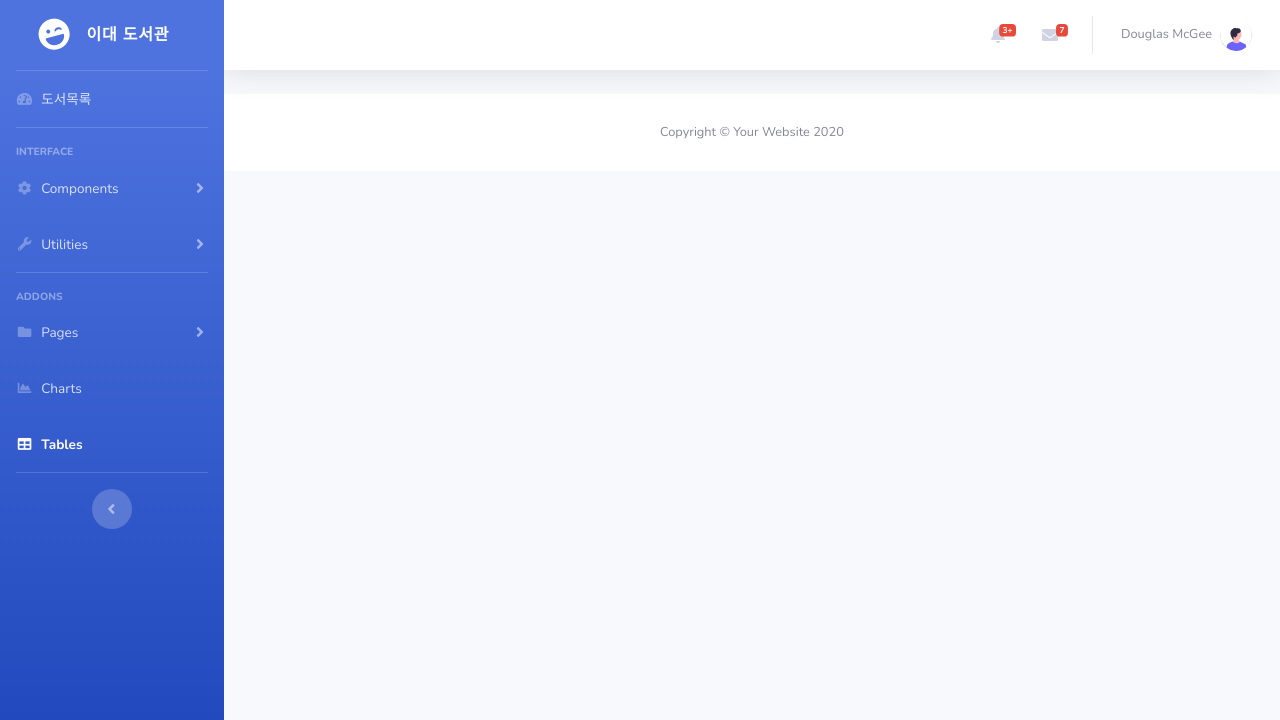
Repository: allely/spring
Page: http://localhost/jsp/book/reg.jsp
These files come from the project's save history. The page is drawn as it stood at one moment and after the next save; the edit follows.
The browser window is 1280 px wide. The pictures show the whole page.
The page is served by Tomcat 9. Other server files are loaded and not shown.

Above is the page before, as saved 2023-11-27 01:29:57.

### 2. 서블릿 & JSP/jsp/jsp/src/main/webapp/book/reg.jsp
<%@ page language="java" contentType="text/html; charset=UTF-8"
    pageEncoding="UTF-8"%>
<!DOCTYPE html>
<html>
<head>
<meta charset="UTF-8">
<title>Insert title here</title>
</head>
<body>
	<!-- 도서 등록 화면 -->
	<%@include file="/header.jsp" %>

	<!-- 메인컨텐츠 영역 -->
		<!-- Begin Page Content -->
		<div class="container-fluid">

		</div>
	<%@include file="/footer.jsp" %>
</body>
</html>

### 2. 서블릿 & JSP/jsp/jsp/src/main/webapp/header.jsp
<%@ page language="java" contentType="text/html; charset=UTF-8"
	pageEncoding="UTF-8"%>
<!DOCTYPE html>
<html>
<head>

<meta charset="utf-8">
<meta http-equiv="X-UA-Compatible" content="IE=edge">
<meta name="viewport"
	content="width=device-width, initial-scale=1, shrink-to-fit=no">
<meta name="description" content="">
<meta name="author" content="">

<title>SB Admin 2 - Tables</title>

<!-- Custom fonts for this template -->
<link href="../vendor/fontawesome-free/css/all.min.css" rel="stylesheet"
	type="text/css">
<link
	href="https://fonts.googleapis.com/css?family=Nunito:200,200i,300,300i,400,400i,600,600i,700,700i,800,800i,900,900i"
	rel="stylesheet">

<!-- Custom styles for this template -->
<link href="/css/sb-admin-2.min.css" rel="stylesheet">

<!-- Custom styles for this page -->
<link href="/vendor/datatables/dataTables.bootstrap4.min.css"
	rel="stylesheet">

</head>

<body id="page-top">

	<!-- Page Wrapper -->
	<div id="wrapper">

		<!-- Sidebar -->
		<ul
			class="navbar-nav bg-gradient-primary sidebar sidebar-dark accordion"
			id="accordionSidebar">

			<!-- Sidebar - Brand -->
			<a
				class="sidebar-brand d-flex align-items-center justify-content-center"
				href="index.html">
				<div class="sidebar-brand-icon rotate-n-15">
					<i class="fas fa-laugh-wink"></i>
				</div>
				<div class="sidebar-brand-text mx-3">
					이대 도서관</sup>
				</div>
			</a>

			<!-- Divider -->
			<hr class="sidebar-divider my-0">

			<!-- Nav Item - Dashboard -->
			<li class="nav-item"><a class="nav-link" href="index.html">
					<i class="fas fa-fw fa-tachometer-alt"></i> <span>도서목록</span>
			</a></li>

			<!-- Divider -->
			<hr class="sidebar-divider">

			<!-- Heading -->
			<div class="sidebar-heading">Interface</div>

			<!-- Nav Item - Pages Collapse Menu -->
			<li class="nav-item"><a class="nav-link collapsed" href="#"
				data-toggle="collapse" data-target="#collapseTwo"
				aria-expanded="true" aria-controls="collapseTwo"> <i
					class="fas fa-fw fa-cog"></i> <span>Components</span>
			</a>
				<div id="collapseTwo" class="collapse" aria-labelledby="headingTwo"
					data-parent="#accordionSidebar">
					<div class="bg-white py-2 collapse-inner rounded">
						<h6 class="collapse-header">Custom Components:</h6>
						<a class="collapse-item" href="buttons.html">Buttons</a> <a
							class="collapse-item" href="cards.html">Cards</a>
					</div>
				</div></li>

			<!-- Nav Item - Utilities Collapse Menu -->
			<li class="nav-item"><a class="nav-link collapsed" href="#"
				data-toggle="collapse" data-target="#collapseUtilities"
				aria-expanded="true" aria-controls="collapseUtilities"> <i
					class="fas fa-fw fa-wrench"></i> <span>Utilities</span>
			</a>
				<div id="collapseUtilities" class="collapse"
					aria-labelledby="headingUtilities" data-parent="#accordionSidebar">
					<div class="bg-white py-2 collapse-inner rounded">
						<h6 class="collapse-header">Custom Utilities:</h6>
						<a class="collapse-item" href="utilities-color.html">Colors</a> <a
							class="collapse-item" href="utilities-border.html">Borders</a> <a
							class="collapse-item" href="utilities-animation.html">Animations</a>
						<a class="collapse-item" href="utilities-other.html">Other</a>
					</div>
				</div></li>

			<!-- Divider -->
			<hr class="sidebar-divider">

			<!-- Heading -->
			<div class="sidebar-heading">Addons</div>

			<!-- Nav Item - Pages Collapse Menu -->
			<li class="nav-item"><a class="nav-link collapsed" href="#"
				data-toggle="collapse" data-target="#collapsePages"
				aria-expanded="true" aria-controls="collapsePages"> <i
					class="fas fa-fw fa-folder"></i> <span>Pages</span>
			</a>
				<div id="collapsePages" class="collapse"
					aria-labelledby="headingPages" data-parent="#accordionSidebar">
					<div class="bg-white py-2 collapse-inner rounded">
						<h6 class="collapse-header">Login Screens:</h6>
						<a class="collapse-item" href="login.html">Login</a> <a
							class="collapse-item" href="register.html">Register</a> <a
							class="collapse-item" href="forgot-password.html">Forgot
							Password</a>
						<div class="collapse-divider"></div>
						<h6 class="collapse-header">Other Pages:</h6>
						<a class="collapse-item" href="404.html">404 Page</a> <a
							class="collapse-item" href="blank.html">Blank Page</a>
					</div>
				</div></li>

			<!-- Nav Item - Charts -->
			<li class="nav-item"><a class="nav-link" href="charts.html">
					<i class="fas fa-fw fa-chart-area"></i> <span>Charts</span>
			</a></li>

			<!-- Nav Item - Tables -->
			<li class="nav-item active"><a class="nav-link"
				href="tables.html"> <i class="fas fa-fw fa-table"></i> <span>Tables</span></a>
			</li>

			<!-- Divider -->
			<hr class="sidebar-divider d-none d-md-block">

			<!-- Sidebar Toggler (Sidebar) -->
			<div class="text-center d-none d-md-inline">
				<button class="rounded-circle border-0" id="sidebarToggle"></button>
			</div>

		</ul>
		<!-- End of Sidebar -->

		<!-- Content Wrapper -->
		<div id="content-wrapper" class="d-flex flex-column">

			<!-- Main Content -->
			<div id="content">

				<!-- Topbar -->
				<nav
					class="navbar navbar-expand navbar-light bg-white topbar mb-4 static-top shadow">

					<!-- Sidebar Toggle (Topbar) -->
					<form class="form-inline">
						<button id="sidebarToggleTop"
							class="btn btn-link d-md-none rounded-circle mr-3">
							<i class="fa fa-bars"></i>
						</button>
					</form>




					<!-- Topbar Navbar -->
					<ul class="navbar-nav ml-auto">

						<!-- Nav Item - Search Dropdown (Visible Only XS) -->
						<li class="nav-item dropdown no-arrow d-sm-none"><a
							class="nav-link dropdown-toggle" href="#" id="searchDropdown"
							role="button" data-toggle="dropdown" aria-haspopup="true"
							aria-expanded="false"> <i class="fas fa-search fa-fw"></i>
						</a> <!-- Dropdown - Messages -->
							<div
								class="dropdown-menu dropdown-menu-right p-3 shadow animated--grow-in"
								aria-labelledby="searchDropdown">
								<form class="form-inline mr-auto w-100 navbar-search">
									<div class="input-group">
										<input type="text"
											class="form-control bg-light border-0 small"
											placeholder="Search for..." aria-label="Search"
											aria-describedby="basic-addon2">
										<div class="input-group-append">
											<button class="btn btn-primary" type="button">
												<i class="fas fa-search fa-sm"></i>
											</button>
										</div>
									</div>
								</form>
							</div></li>


						<!-- Nav Item - Alerts -->
						<li class="nav-item dropdown no-arrow mx-1"><a
							class="nav-link dropdown-toggle" href="#" id="alertsDropdown"
							role="button" data-toggle="dropdown" aria-haspopup="true"
							aria-expanded="false"> <i class="fas fa-bell fa-fw"></i> <!-- Counter - Alerts -->
								<span class="badge badge-danger badge-counter">3+</span>
						</a> <!-- Dropdown - Alerts -->
							<div
								class="dropdown-list dropdown-menu dropdown-menu-right shadow animated--grow-in"
								aria-labelledby="alertsDropdown">
								<h6 class="dropdown-header">Alerts Center</h6>
								<a class="dropdown-item d-flex align-items-center" href="#">
									<div class="mr-3">
										<div class="icon-circle bg-primary">
											<i class="fas fa-file-alt text-white"></i>
										</div>
									</div>
									<div>
										<div class="small text-gray-500">December 12, 2019</div>
										<span class="font-weight-bold">A new monthly report is
											ready to download!</span>
									</div>
								</a> <a class="dropdown-item d-flex align-items-center" href="#">
									<div class="mr-3">
										<div class="icon-circle bg-success">
											<i class="fas fa-donate text-white"></i>
										</div>
									</div>
									<div>
										<div class="small text-gray-500">December 7, 2019</div>
										$290.29 has been deposited into your account!
									</div>
								</a> <a class="dropdown-item d-flex align-items-center" href="#">
									<div class="mr-3">
										<div class="icon-circle bg-warning">
											<i class="fas fa-exclamation-triangle text-white"></i>
										</div>
									</div>
									<div>
										<div class="small text-gray-500">December 2, 2019</div>
										Spending Alert: We've noticed unusually high spending for your
										account.
									</div>
								</a> <a class="dropdown-item text-center small text-gray-500"
									href="#">Show All Alerts</a>
							</div></li>

						<!-- Nav Item - Messages -->
						<li class="nav-item dropdown no-arrow mx-1"><a
							class="nav-link dropdown-toggle" href="#" id="messagesDropdown"
							role="button" data-toggle="dropdown" aria-haspopup="true"
							aria-expanded="false"> <i class="fas fa-envelope fa-fw"></i>
								<!-- Counter - Messages --> <span
								class="badge badge-danger badge-counter">7</span>
						</a> <!-- Dropdown - Messages -->
							<div
								class="dropdown-list dropdown-menu dropdown-menu-right shadow animated--grow-in"
								aria-labelledby="messagesDropdown">
								<h6 class="dropdown-header">Message Center</h6>
								<a class="dropdown-item d-flex align-items-center" href="#">
									<div class="dropdown-list-image mr-3">
										<img class="rounded-circle" src="img/undraw_profile_1.svg"
											alt="...">
										<div class="status-indicator bg-success"></div>
									</div>
									<div class="font-weight-bold">
										<div class="text-truncate">Hi there! I am wondering if
											you can help me with a problem I've been having.</div>
										<div class="small text-gray-500">Emily Fowler · 58m</div>
									</div>
								</a> <a class="dropdown-item d-flex align-items-center" href="#">
									<div class="dropdown-list-image mr-3">
										<img class="rounded-circle" src="img/undraw_profile_2.svg"
											alt="...">
										<div class="status-indicator"></div>
									</div>
									<div>
										<div class="text-truncate">I have the photos that you
											ordered last month, how would you like them sent to you?</div>
										<div class="small text-gray-500">Jae Chun · 1d</div>
									</div>
								</a> <a class="dropdown-item d-flex align-items-center" href="#">
									<div class="dropdown-list-image mr-3">
										<img class="rounded-circle" src="img/undraw_profile_3.svg"
											alt="...">
										<div class="status-indicator bg-warning"></div>
									</div>
									<div>
										<div class="text-truncate">Last month's report looks
											great, I am very happy with the progress so far, keep up the
											good work!</div>
										<div class="small text-gray-500">Morgan Alvarez · 2d</div>
									</div>
								</a> <a class="dropdown-item d-flex align-items-center" href="#">
									<div class="dropdown-list-image mr-3">
										<img class="rounded-circle"
											src="https://source.unsplash.com/Mv9hjnEUHR4/60x60" alt="...">
										<div class="status-indicator bg-success"></div>
									</div>
									<div>
										<div class="text-truncate">Am I a good boy? The reason I
											ask is because someone told me that people say this to all
											dogs, even if they aren't good...</div>
										<div class="small text-gray-500">Chicken the Dog · 2w</div>
									</div>
								</a> <a class="dropdown-item text-center small text-gray-500"
									href="#">Read More Messages</a>
							</div></li>

						<div class="topbar-divider d-none d-sm-block"></div>

						<!-- Nav Item - User Information -->
						<li class="nav-item dropdown no-arrow"><a
							class="nav-link dropdown-toggle" href="#" id="userDropdown"
							role="button" data-toggle="dropdown" aria-haspopup="true"
							aria-expanded="false"> <span
								class="mr-2 d-none d-lg-inline text-gray-600 small">Douglas
									McGee</span> <img class="img-profile rounded-circle"
								src="img/undraw_profile.svg">
						</a> <!-- Dropdown - User Information -->
							<div
								class="dropdown-menu dropdown-menu-right shadow animated--grow-in"
								aria-labelledby="userDropdown">
								<a class="dropdown-item" href="#"> <i
									class="fas fa-user fa-sm fa-fw mr-2 text-gray-400"></i> Profile
								</a> <a class="dropdown-item" href="#"> <i
									class="fas fa-cogs fa-sm fa-fw mr-2 text-gray-400"></i>
									Settings
								</a> <a class="dropdown-item" href="#"> <i
									class="fas fa-list fa-sm fa-fw mr-2 text-gray-400"></i>
									Activity Log
								</a>
								<div class="dropdown-divider"></div>
								<a class="dropdown-item" href="#" data-toggle="modal"
									data-target="#logoutModal"> <i
									class="fas fa-sign-out-alt fa-sm fa-fw mr-2 text-gray-400"></i>
									Logout
								</a>
							</div></li>

					</ul>

				</nav>
				<!-- End of Topbar -->
</body>
</html>

### 2. 서블릿 & JSP/jsp/jsp/src/main/webapp/footer.jsp
<%@ page language="java" contentType="text/html; charset=UTF-8"
    pageEncoding="UTF-8"%>
<!DOCTYPE html>
<html>
<head>
<meta charset="UTF-8">
<title>Insert title here</title>
</head>
<body>

 <!-- Footer -->
            <footer class="sticky-footer bg-white">
                <div class="container my-auto">
                    <div class="copyright text-center my-auto">
                        <span>Copyright &copy; Your Website 2020</span>
                    </div>
                </div>
            </footer>
            <!-- End of Footer -->

        </div>
        <!-- End of Content Wrapper -->

    </div>
    <!-- End of Page Wrapper -->

    <!-- Scroll to Top Button-->
    <a class="scroll-to-top rounded" href="#page-top">
        <i class="fas fa-angle-up"></i>
    </a>

    <!-- Logout Modal-->
    <div class="modal fade" id="logoutModal" tabindex="-1" role="dialog" aria-labelledby="exampleModalLabel"
        aria-hidden="true">
        <div class="modal-dialog" role="document">
            <div class="modal-content">
                <div class="modal-header">
                    <h5 class="modal-title" id="exampleModalLabel">Ready to Leave?</h5>
                    <button class="close" type="button" data-dismiss="modal" aria-label="Close">
                        <span aria-hidden="true">×</span>
                    </button>
                </div>
                <div class="modal-body">Select "Logout" below if you are ready to end your current session.</div>
                <div class="modal-footer">
                    <button class="btn btn-secondary" type="button" data-dismiss="modal">Cancel</button>
                    <a class="btn btn-primary" href="login.html">Logout</a>
                </div>
            </div>
        </div>
    </div>

    <!-- Bootstrap core JavaScript-->
    <script src="/vendor/jquery/jquery.min.js"></script>
    <script src="/vendor/bootstrap/js/bootstrap.bundle.min.js"></script>

    <!-- Core plugin JavaScript-->
    <script src="/vendor/jquery-easing/jquery.easing.min.js"></script>

    <!-- Custom scripts for all pages-->
    <script src="js/sb-admin-2.min.js"></script>

    <!-- Page level plugins -->
    <script src="/vendor/datatables/jquery.dataTables.min.js"></script>
    <script src="/vendor/datatables/dataTables.bootstrap4.min.js"></script>

    <!-- Page level custom scripts -->
    <script src="js/demo/datatables-demo.js"></script>

</body>
</html>

### 2. 서블릿 & JSP/jsp/jsp/src/main/webapp/img/undraw_profile.svg
<svg xmlns="http://www.w3.org/2000/svg" width="532" height="532" viewBox="0 0 532 532" xmlns:xlink="http://www.w3.org/1999/xlink"><circle cx="270.75986" cy="260.93427" r="86.34897" fill="#ffb6b6"/><polygon points="221.18982 360.05209 217.28876 320.6185 295.18982 306.05209 341.18982 418.05209 261.18982 510.05209 204.18982 398.05209 221.18982 360.05209" fill="#ffb6b6"/><path d="m216.0374,340.35736l17.03111,3.84802s-13.38821-42.45453-8.84396-46.50766c4.54427-4.05316,15.68007,2.33328,15.68007,2.33328l11.70201,13.1199,14.25394-14.51239s15.47495-19.2421,21.53397-24.6463-3.67319-25.46364-3.67319-25.46364c0,0,89.89185-24.23923,56.44299-67.83968,0,0-19.61093-34.18452-25.99734-23.04871-6.38641,11.1358-14.00162-6.55013-14.00162-6.55013l-23.25381,4.42198s-45.89429-27.06042-89.45331,30.82959c-43.55902,57.89003,28.57916,154.01572,28.57916,154.01572h-.00002Z" fill="#2f2e41"/><path d="m433.16003,472.95001c-47.19,38.26001-105.57001,59.04999-167.16003,59.04999-56.23999,0-109.81-17.33997-154.62-49.47998.08002-.84003.16003-1.66998.23004-2.5,1.19-13,2.25-25.64001,2.94995-36.12,2.71002-40.69,97.64001-67.81,97.64001-67.81,0,0,.42999.42999,1.29004,1.17999,5.23999,4.59998,26.50995,21.27997,63.81,25.94,33.25995,4.15997,44.20996-15.57001,47.51996-25.02002,1-2.88,1.30005-4.81,1.30005-4.81l97.63995,46.10999c6.37,9.10004,8.86005,28.70001,9.35004,50.73004.01996.90997.03998,1.81.04999,2.72998Z" fill="#6c63ff"/><path d="m454.09003,77.91003C403.85004,27.66998,337.05005,0,266,0S128.15002,27.66998,77.91003,77.91003C27.67004,128.15002,0,194.95001,0,266c0,64.85004,23.05005,126.16003,65.29004,174.57001,4.02997,4.63,8.23999,9.14001,12.62,13.52002,1.02997,1.02997,2.07001,2.06,3.12,3.06,2.79999,2.70996,5.65002,5.35999,8.54999,7.92999,1.76001,1.57001,3.54004,3.10999,5.34003,4.62,1.40997,1.19,2.82001,2.35999,4.25,3.51001.02997.02997.04999.04999.07996.07001,3.97003,3.19995,8.01001,6.27997,12.13,9.23999,44.81,32.14001,98.37999,49.47998,154.61998,49.47998,61.59003,0,119.97003-20.78998,167.16003-59.04999,3.84998-3.12,7.62-6.35999,11.32001-9.71002,3.26996-2.95996,6.46997-6.01001,9.60999-9.14996.98999-.98999,1.97998-1.98999,2.95001-3,2.70001-2.78003,5.32001-5.61005,7.88-8.48004,43.37-48.71997,67.07996-110.83997,67.07996-176.60999,0-71.04999-27.66998-137.84998-77.90997-188.08997Zm10.17999,362.20997c-2.5,2.84003-5.06,5.64001-7.67999,8.37-4.08002,4.25-8.28998,8.37-12.64001,12.34003-1.64996,1.52002-3.32001,3-5.01001,4.46997-1.91998,1.67004-3.85999,3.31-5.82996,4.92004-15.53003,12.75-32.54004,23.75-50.73004,32.70996-7.19,3.54999-14.56,6.78003-22.09998,9.67004-29.28998,11.23999-61.08002,17.39996-94.28003,17.39996-32.03998,0-62.75995-5.73999-91.19-16.23999-11.66998-4.29999-22.94995-9.40997-33.77997-15.26001-1.59003-.85999-3.16998-1.72998-4.73999-2.62-8.26001-4.67999-16.25-9.78998-23.91998-15.31-.25-.17999-.51001-.37-.76001-.54999-5.46002-3.94-10.77002-8.09003-15.90002-12.45001-1.88-1.59003-3.73999-3.20001-5.57001-4.84998-2.97998-2.65002-5.89996-5.38-8.75-8.18005-5.39996-5.28998-10.56-10.79999-15.48999-16.52997C26.09003,391.77002,2,331.65002,2,266,2,120.42999,120.43005,2,266,2s264,118.42999,264,264c0,66.66003-24.82996,127.62-65.72998,174.12Z" fill="#3f3d56"/></svg>

Loaded but not shown: 2. 서블릿 & JSP/jsp/jsp/src/main/webapp/css/sb-admin-2.min.css (library); 2. 서블릿 & JSP/jsp/jsp/src/main/webapp/js/sb-admin-2.min.js (common file); 2. 서블릿 & JSP/jsp/jsp/src/main/webapp/js/demo/datatables-demo.js (common file)

After the next save:
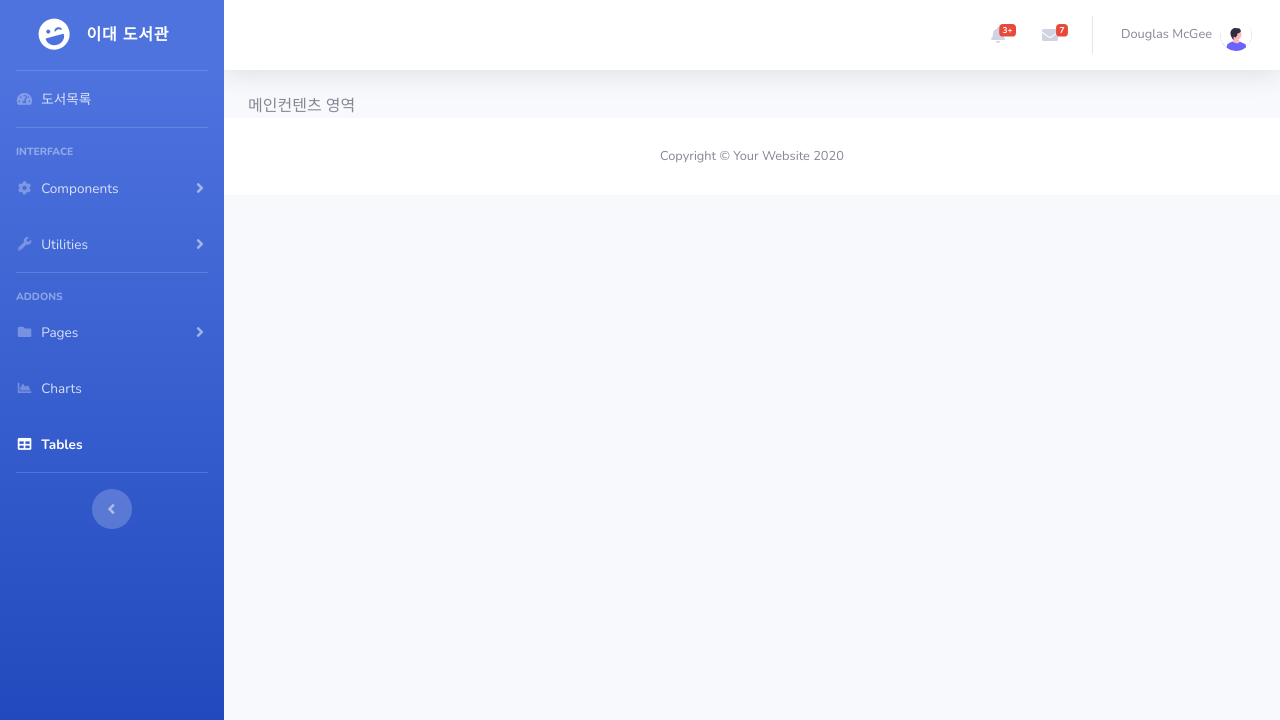
Saved 12 s later.
--- a/2. 서블릿 & JSP/jsp/jsp/src/main/webapp/book/reg.jsp
+++ b/2. 서블릿 & JSP/jsp/jsp/src/main/webapp/book/reg.jsp
@@ -13,7 +13,7 @@
 	<!-- 메인컨텐츠 영역 -->
 		<!-- Begin Page Content -->
 		<div class="container-fluid">
-
+		메인컨텐츠 영역
 		</div>
 	<%@include file="/footer.jsp" %>
 </body>
